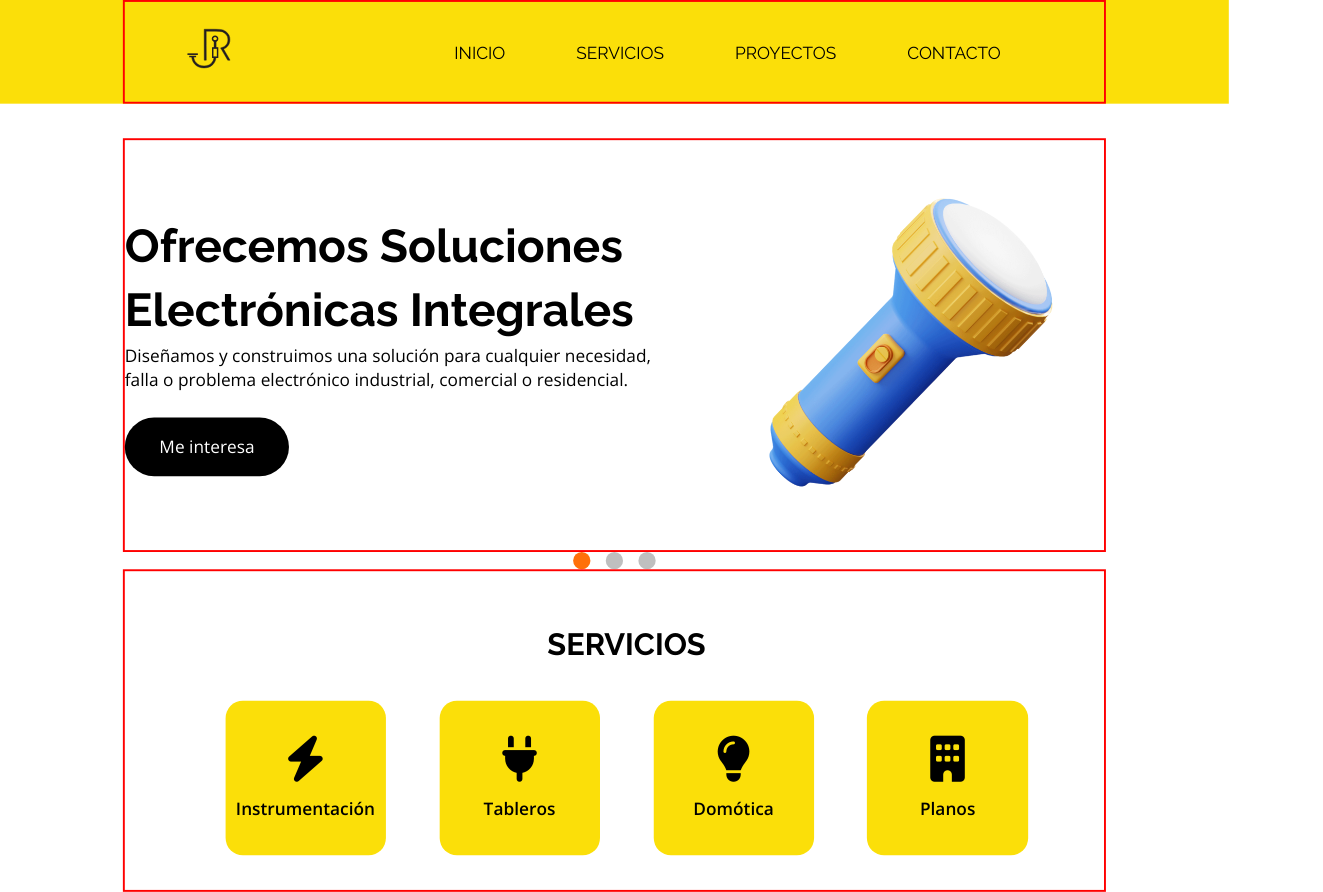
Repository: jeraldinnemg/rjelectronics
Page: index.html
An editor plug-in stored every save of this project. The page is shown before and after the next save, followed by the edit.
The browser window is 1280 px wide. The page is 1280 px wide, then 1378 px, then 1280 px, so the pictures cover 1378 px, including what lies to the right of the window. The pictures show the whole page, at 96% of full size.
Some web libraries are served in a nearby version.

Above is the page before, as saved 2022-08-03 21:03:31.

After the next save:
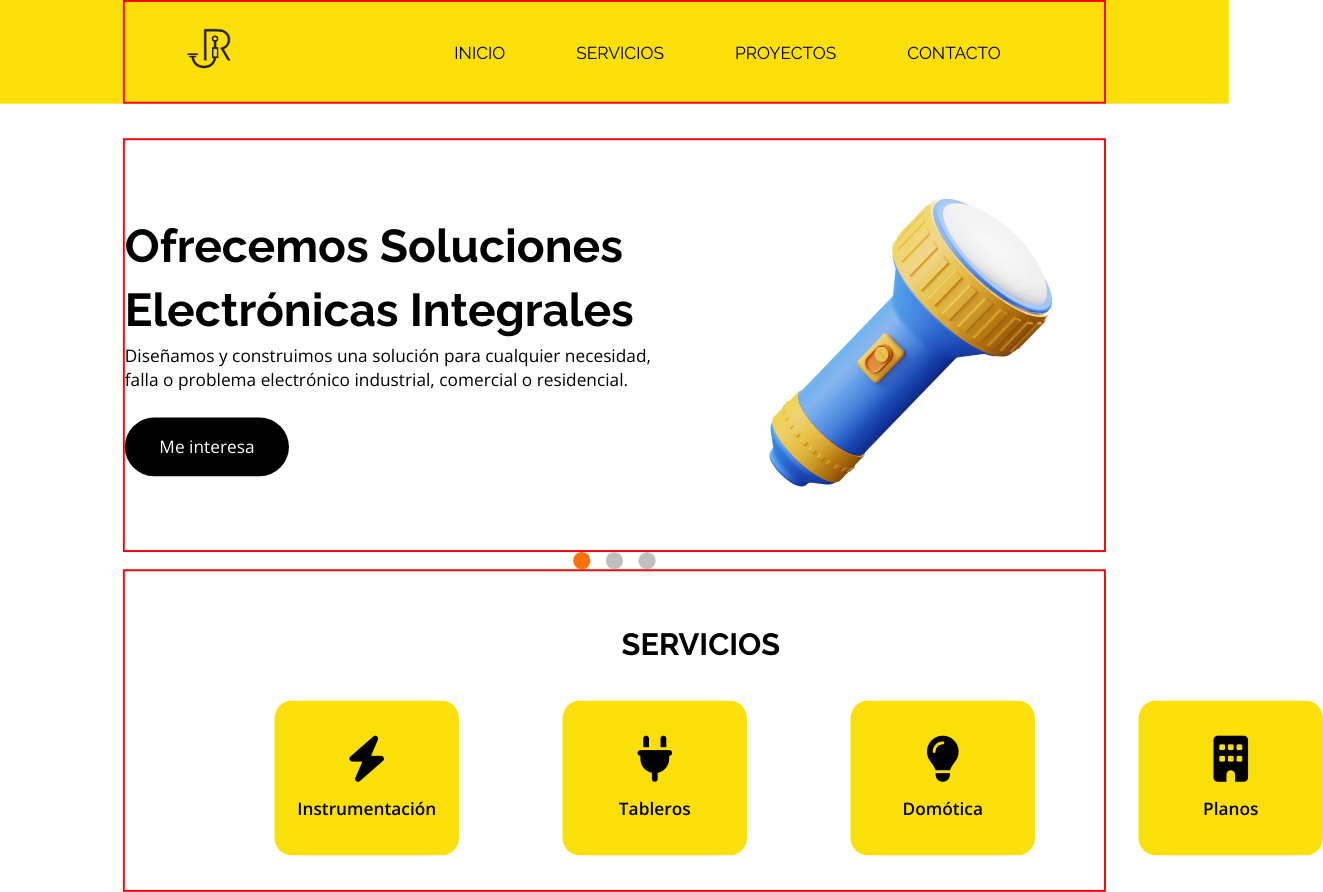
Saved 8 s later.
--- a/index.css
+++ b/index.css
@@ -393,7 +393,7 @@
     flex-direction: column;
     align-items: center;
     padding: 2em 4em;
-    margin: 2em 0em;
+    margin: 2em ;
     border-radius: 1em;
 }
 

After the save that followed:
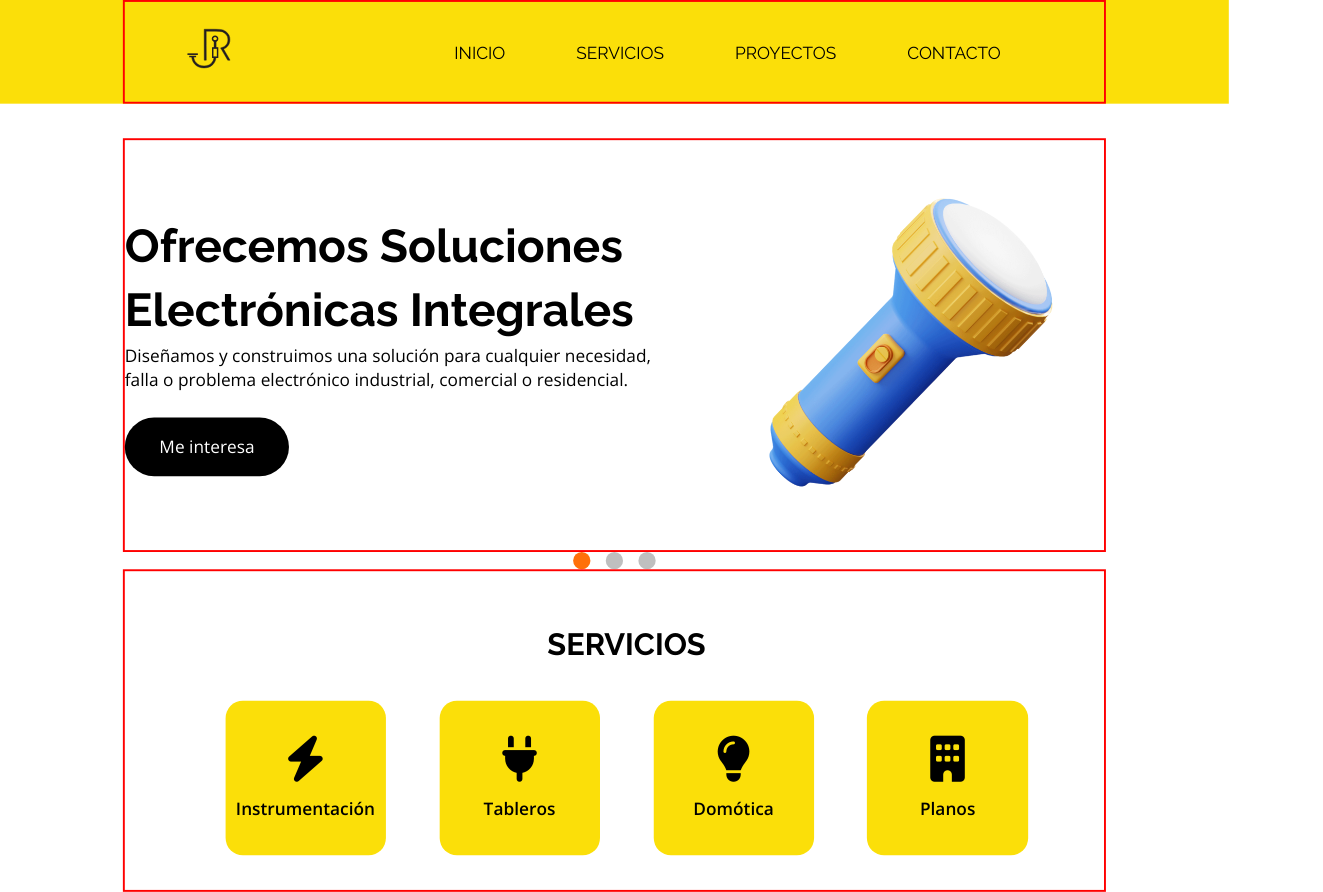
Saved 5 s later.
--- a/index.css
+++ b/index.css
@@ -393,7 +393,7 @@
     flex-direction: column;
     align-items: center;
     padding: 2em 4em;
-    margin: 2em ;
+    margin: 2em 0em;
     border-radius: 1em;
 }
 
